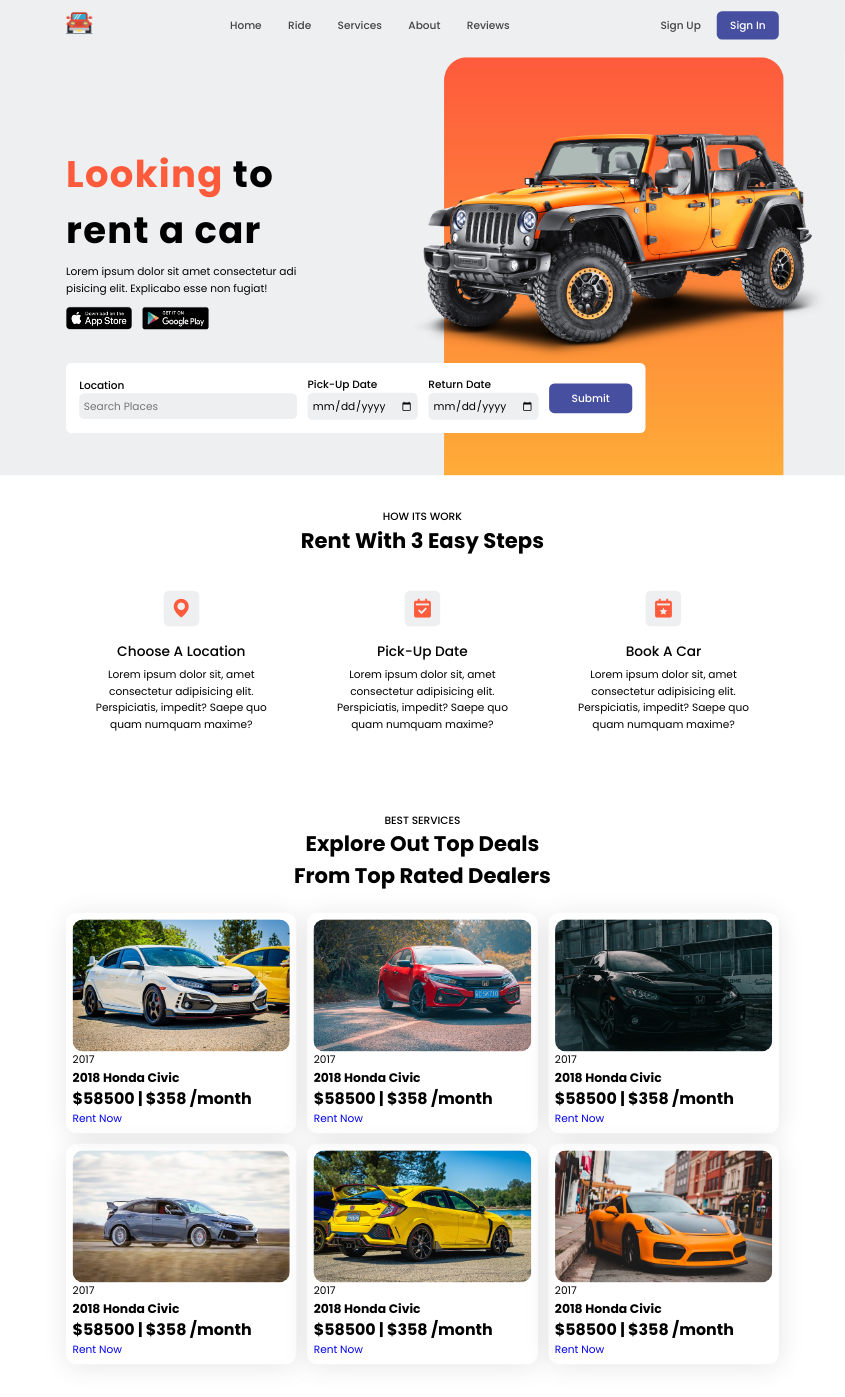
Repository: douglasabnovato/car-rental
Page: index.html
An editor plug-in stored every save of this project. The page is shown before and after the next save, followed by the edit.
The browser window is 1280 px wide. The pictures show the whole page, at 66% of full size.

Above is the page before, as saved 2025-05-16 15:12:37.

After the next save:
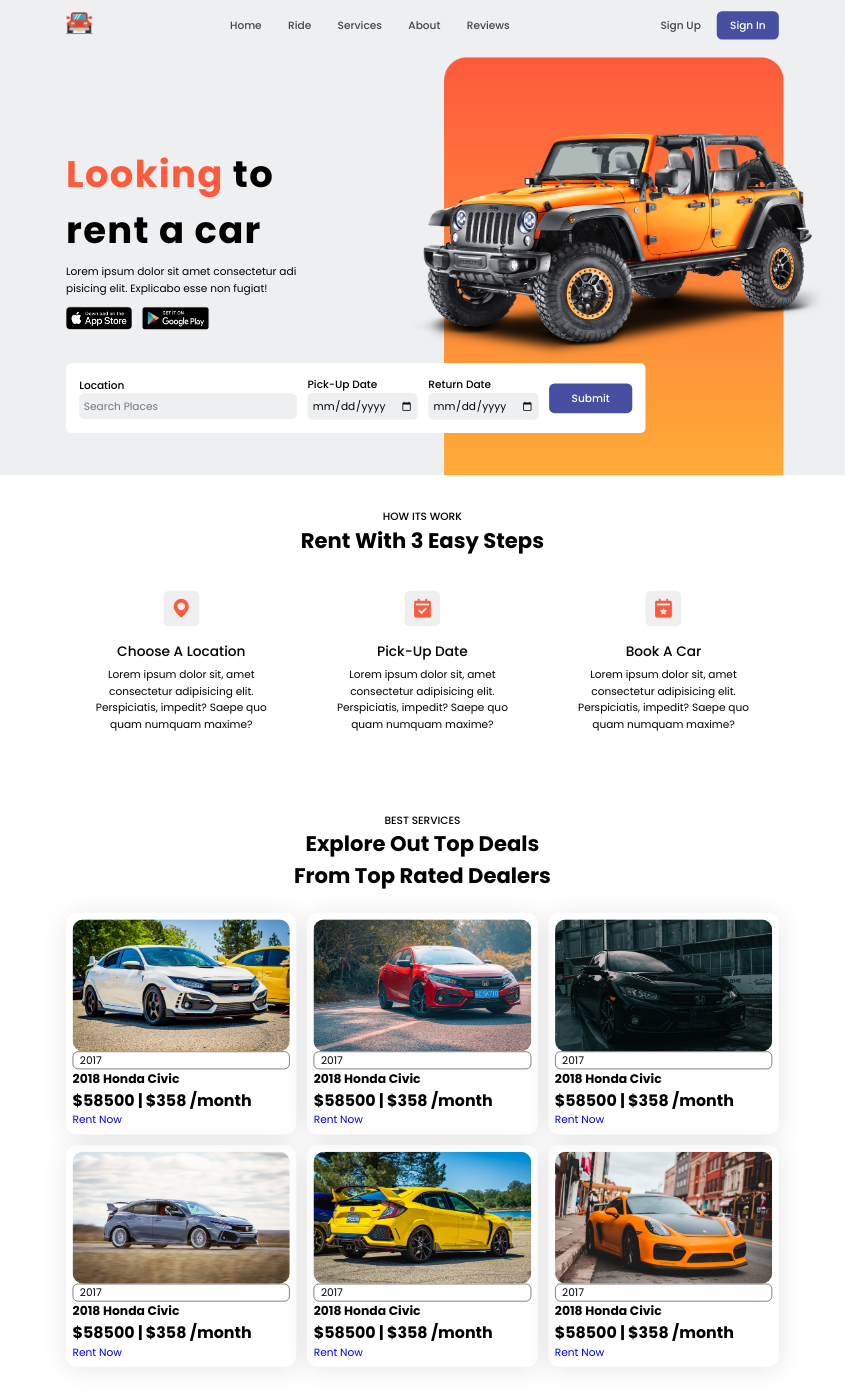
Saved 2 min 22 s later.
--- a/style.css
+++ b/style.css
@@ -265,3 +265,11 @@ header {
   object-fit: cover;
   object-position: center;
 }
+
+.services-container .box p{
+    padding: 0 10px;
+    border: 1px solid var(--text-color);
+    width: 58p;
+    border-radius: 0.5rem;
+    margin: 1rem 0 1 rem;
+}
